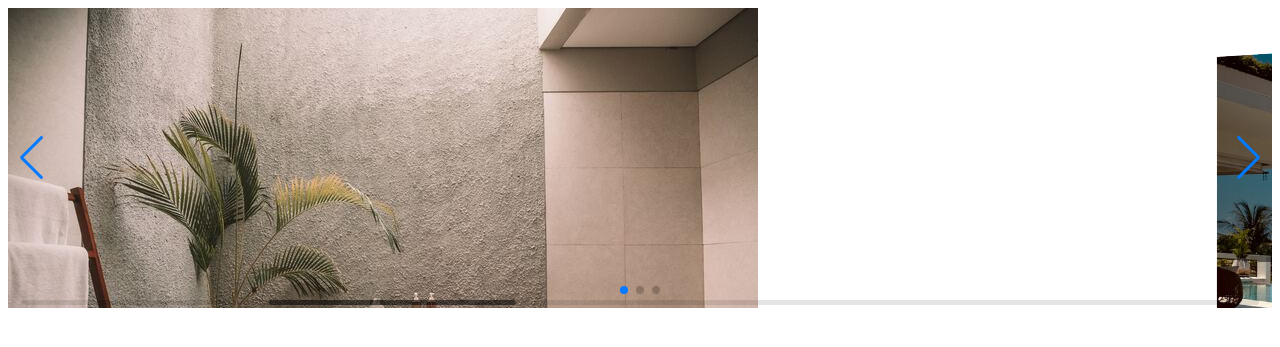
Repository: yuu2310/javascript
Page: environment/front-dev-tutorial-master/05_JavaScriptを実践で使う/070_Swiperを使ったスライダーアニメーション/start/swiperjs-template.html
The author's editor kept a record of every edit. The page is drawn from the files as they stood at one moment, then again after the next edit.
The browser window is 1280 px wide. The pictures show the whole page.

Above is the page before.
Console error: ReferenceError: HeroSlider is not defined

After the next edit:
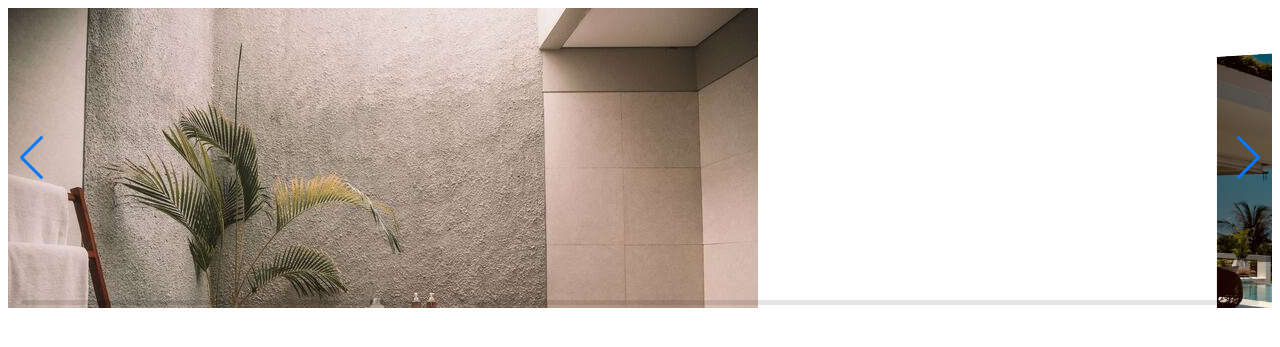
The edit:
--- a/environment/front-dev-tutorial-master/05_JavaScriptを実践で使う/070_Swiperを使ったスライダーアニメーション/start/swiperjs-temlate.js
+++ b/environment/front-dev-tutorial-master/05_JavaScriptを実践で使う/070_Swiperを使ったスライダーアニメーション/start/swiperjs-temlate.js
@@ -6,19 +6,19 @@
   // effect: 'fade',
    effect: 'coverflow',
 
-  // If we need pagination
-  pagination: {
-    el: ".swiper-pagination",
-  },
+  // // If we need pagination
+  // pagination: {
+  //   el: ".swiper-pagination",
+  // },
 
-  // Navigation arrows
-  navigation: {
-    nextEl: ".swiper-button-next",
-    prevEl: ".swiper-button-prev",
-  },
+  // // Navigation arrows
+  // navigation: {
+  //   nextEl: ".swiper-button-next",
+  //   prevEl: ".swiper-button-prev",
+  // },
 
-  // And if we need scrollbar
-  scrollbar: {
-    el: ".swiper-scrollbar",
-  },
+  // // And if we need scrollbar
+  // scrollbar: {
+  //   el: ".swiper-scrollbar",
+  // },
 });
